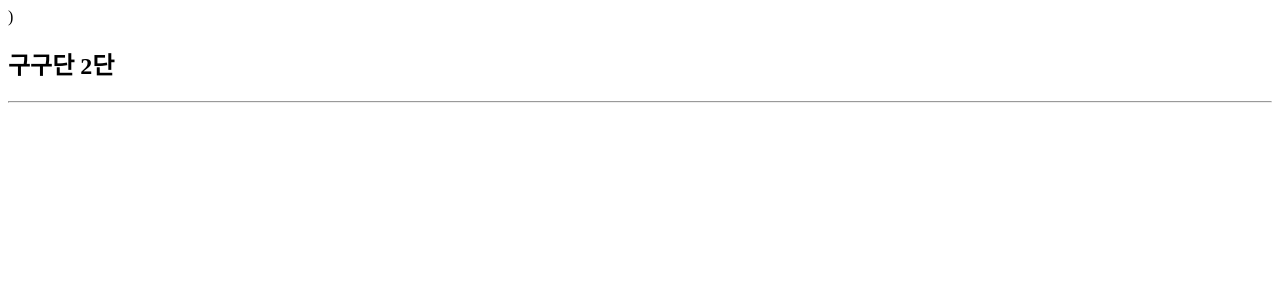
Repository: gowjd4419/jsp
Page: http://localhost/JSPBasic/jsptag/scriptlet.jsp
These files come from the project's save history. The page is drawn as it stood at one moment and after the next save; the edit follows.
The browser window is 1280 px wide. The pictures show the whole page.
The page is served by Tomcat 9.

Above is the page before, as saved 2022-03-22 11:22:14.

After the next save:
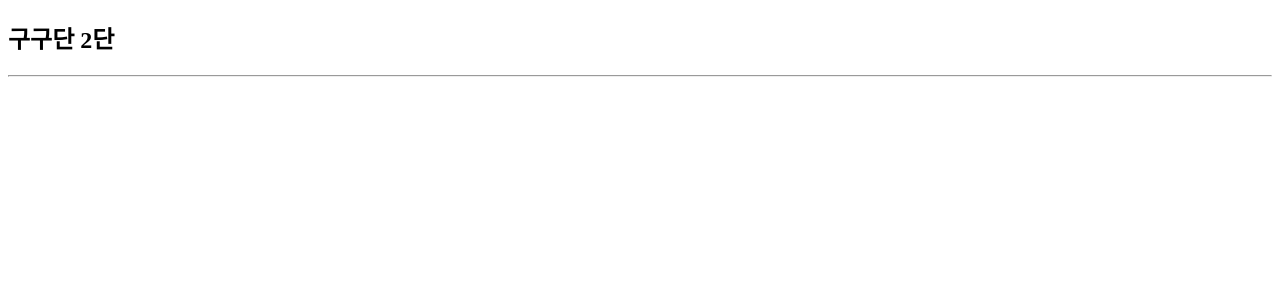
Saved 18 s later.
--- a/JSPBasic/src/main/webapp/jsptag/scriptlet.jsp
+++ b/JSPBasic/src/main/webapp/jsptag/scriptlet.jsp
@@ -7,7 +7,7 @@
 <title>Insert title here</title>
 </head>
 <body>
-    <% System.out.println("콘솔에 메세지를 찍을때는 System.out.println()을 씁니다."); %>)
-    <h2>구구단 2단</h2><hr/>
+    <% System.out.println("콘솔에 메세지를 찍을때는 System.out.println()을 씁니다."); %>
+    <h2>구구단 2단</h2><hr>
 </body>
 </html>
